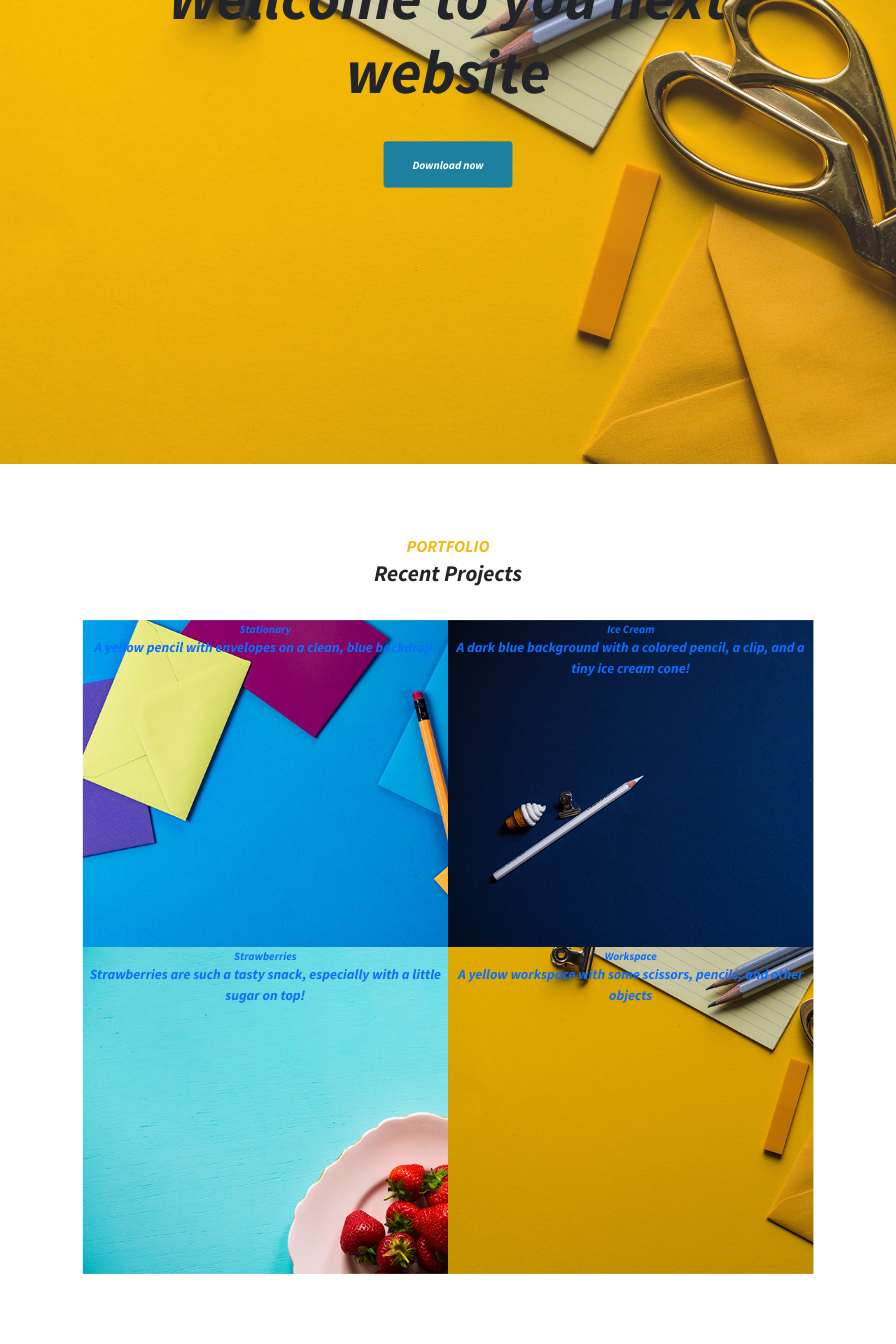
Repository: hoangpino/VE_FE_FrameWork_005
Page: lab06/index.html
An editor plug-in stored every save of this project. The page is shown before and after the next save, followed by the edit.
The browser window is 1280 px wide. The pictures show the part of the page from y = 2217 to 4137 px (the page is 4137 px tall), at 70% of full size.
Backgrounds fixed to the window are drawn as part of the page.

Above is the page before, as saved 2021-10-05 19:13:28.

After the next save:
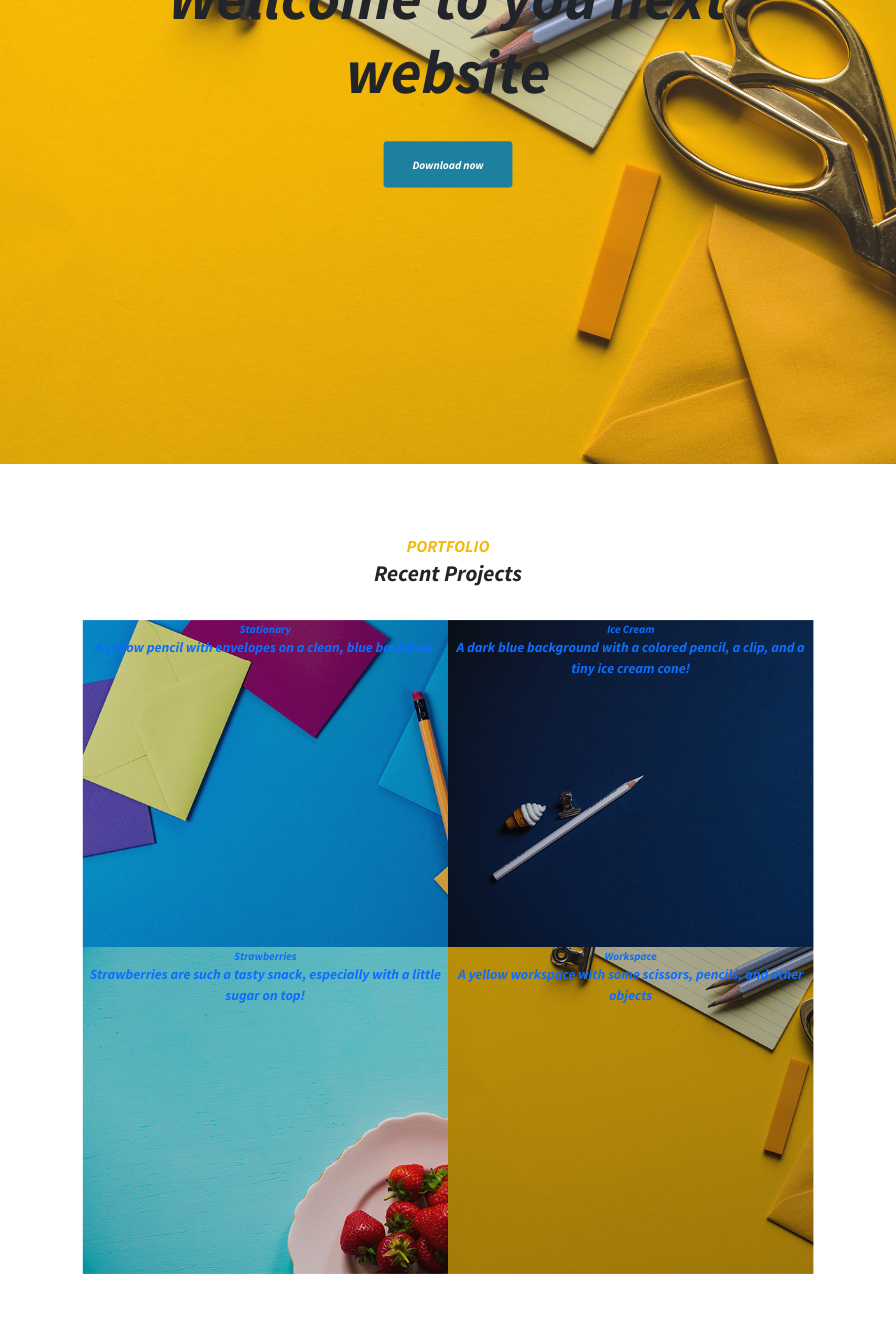
Saved 55 s later.
--- a/lab06/css/style.css
+++ b/lab06/css/style.css
@@ -170,4 +170,5 @@
     position: absolute;
     top: 0;
     bottom: 0;
+    background-color: rgba(33, 37, 41, 0.2)
 }

After the save that followed:
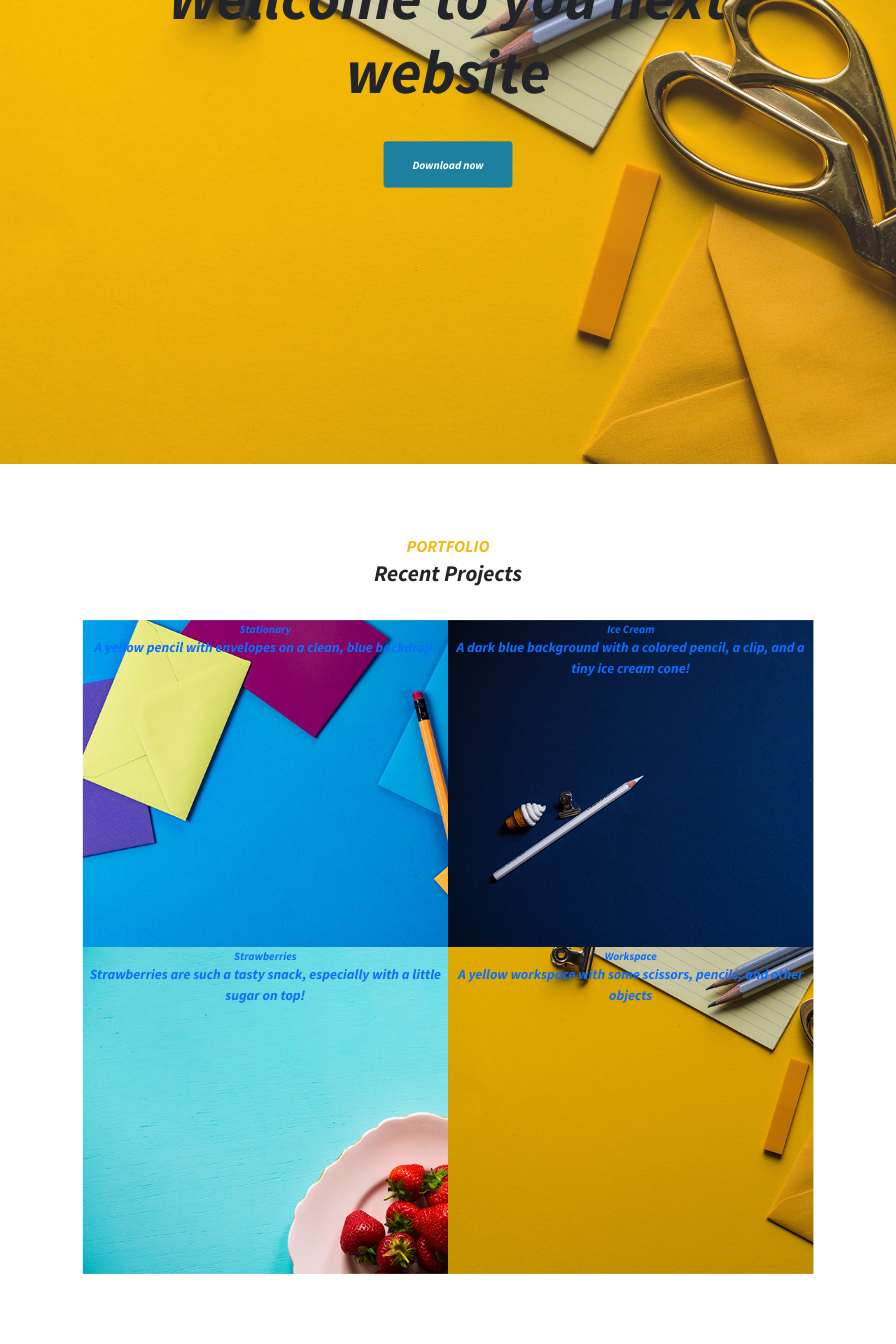
Saved 14 s later.
--- a/lab06/css/style.css
+++ b/lab06/css/style.css
@@ -171,4 +171,5 @@
     top: 0;
     bottom: 0;
     background-color: rgba(33, 37, 41, 0.2)
+    color: #fff;
 }
